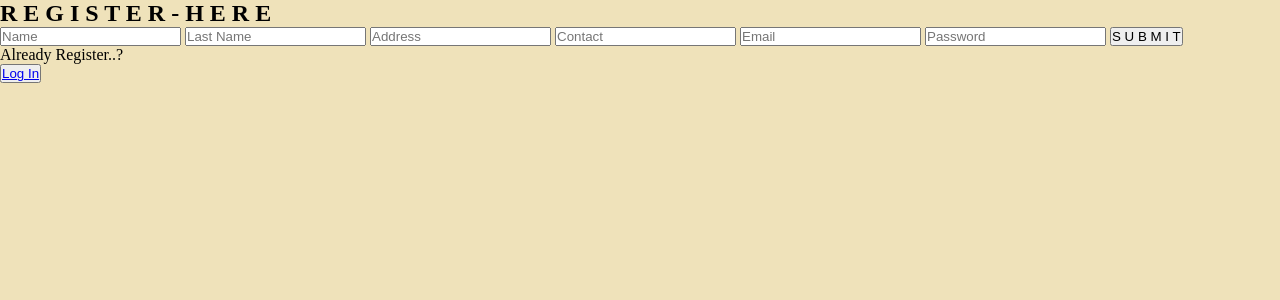
Repository: Krushna26nk/WebApplication
Page: http://localhost/Application/
These files come from the project's save history. The page is drawn as it stood at one moment and after the next save; the edit follows.
The browser window is 1280 px wide. The pictures show the whole page.
The page is served by Tomcat 9.

Above is the page before, as saved 2019-05-31 12:50:03.

After the next save:
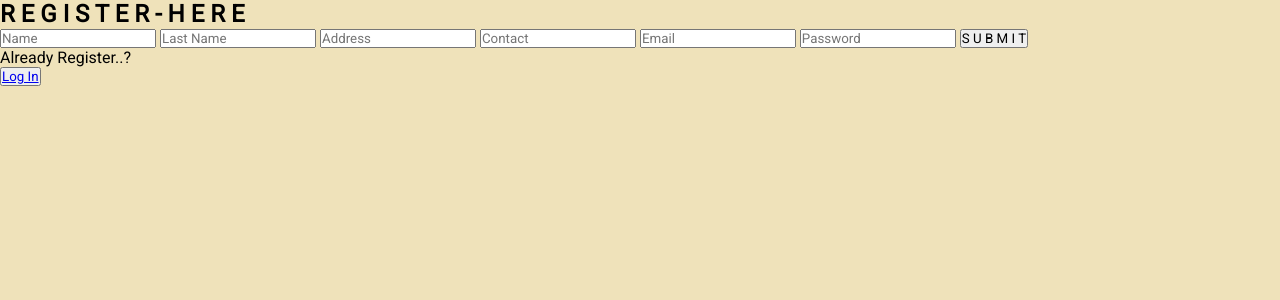
Saved 2 min 11 s later.
--- a/web/Application/WebContent/Style.css
+++ b/web/Application/WebContent/Style.css
@@ -3,4 +3,7 @@
 *{
 	margin:0;
 	padding:0;
+	box-sizing: border-box;
+	outline:none;
+	font-family: 'Roboto', sans-serif;
 }
